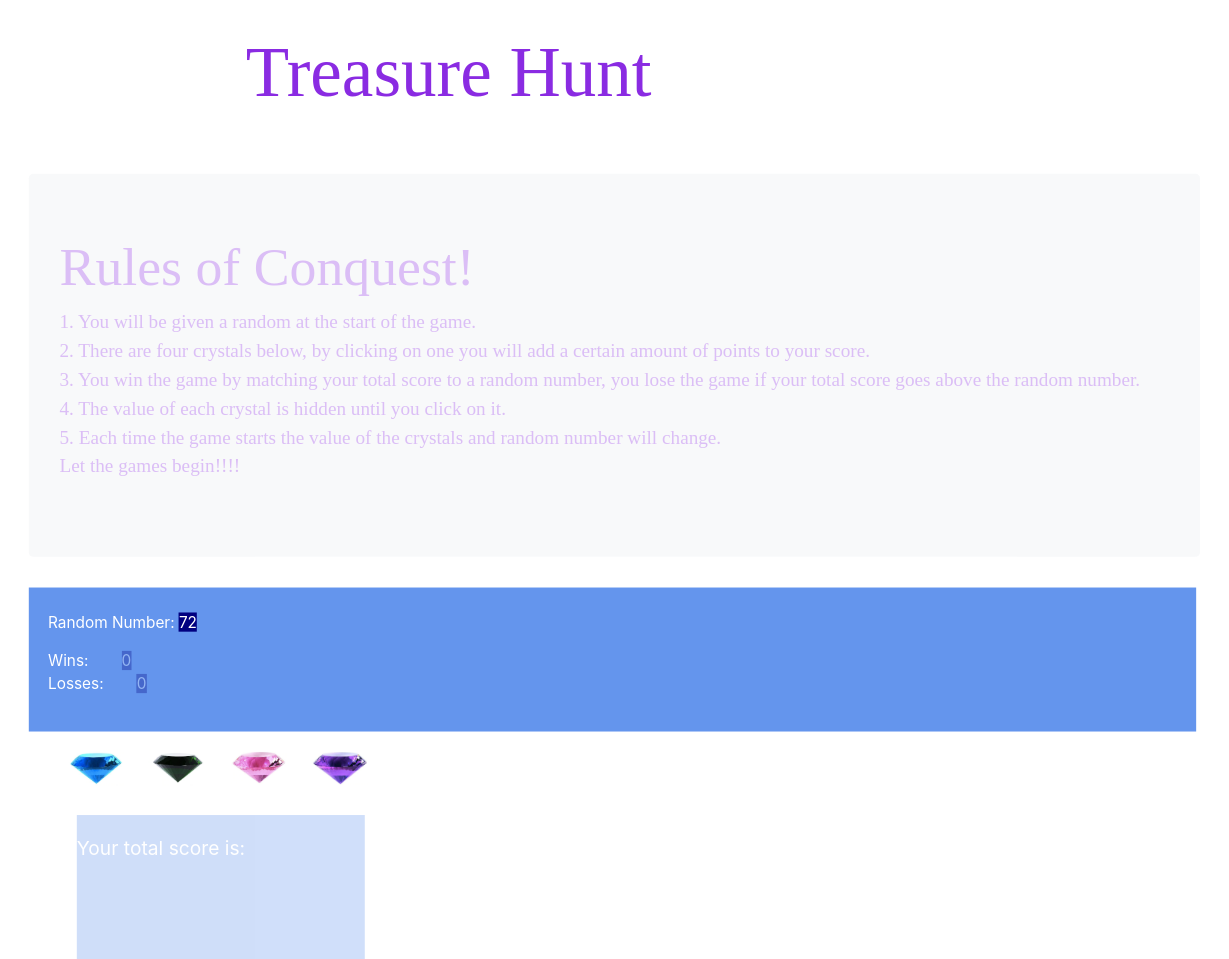
Repository: Jwill1258/unit-4-game
Page: index.html
The author's editor kept a copy of each file at every save. The page is drawn from the files as they stood at one save, then again after the next save.
The browser window is 1280 px wide. The pictures show the whole page, at 96% of full size.
Some web fonts or font styles are not loaded; a fallback is used.

Above is the page before, as saved 2019-11-08 00:14:24.

### index.html
<!DOCTYPE html>
<html lang="en">
<head>
    <meta charset="UTF-8">
    <meta name="viewport" content="width=device-width, initial-scale=1.0">
    <meta http-equiv="X-UA-Compatible" content="ie=edge">
    <title>Crystal Collector</title>
    <link rel="stylesheet" type="text/css" href="assets/css/style.css">
    <link rel="stylesheet" href="https://stackpath.bootstrapcdn.com/bootstrap/4.3.1/css/bootstrap.min.css" integrity="sha384-ggOyR0iXCbMQv3Xipma34MD+dH/1fQ784/j6cY/iJTQUOhcWr7x9JvoRxT2MZw1T" crossorigin="anonymous">
    <link href="https://fonts.googleapis.com/css?family=Stoke&display=swap" rel="stylesheet">
</head>

<body>

    <div id="header">Treasure Hunt</div>

    <div class="jumbotron">

        <h1 class="display-4">Rules of Conquest!</h1>
        <p class="lead">

            1. You will be given a random at the start of the game.

            <br>

            2. There are four crystals below, by clicking on one you will add a certain amount of points to your      score.

            <br>

            3. You win the game by matching your total score to a random number, you lose the game if your total      score goes above the random number.

            <br>

            4. The value of each crystal is hidden until you click on it.

            <br>

            5. Each time the game starts the value of the crystals and random number will change.

            <br>

            Let the games begin!!!!

        </p>


    </div>

    <div id="numbers">
            <div class="numberToMatch">
                <p>Random Number:
                    <span id= "randomNumber"></span>
                </p>
            </div>
            <div class="winsandlosses">
                <p>Wins:
                    <span id= "numberWins"></span>
                    </br>
                    Losses:
                    <span id= "numberLosses"></span>
                </p>
            </div>

    <div class="crystals">

            <img src="assets/images/blue-button.png" class=crystalImage id= "one">
            <img src="assets/images/green-button.png" class=crystalImage id= "two">
            <img src="assets/images/pink button.png" class=crystalImage id= "three">
            <img src="assets/images/purple-button.png" class=crystalImage id= "four">

    </div>


    <div class="countmsg">

        <p>Your total score is:

            <span id="totalCount"></span>

        </p>

    </div>

    <script type="text/javascript" src="https://code.jquery.com/jquery-2.2.0.js"></script>
    <script type="text/javascript" src="assets/javascript/game.js"></script>


</body>
</html>

### assets/css/style.css
/* http://meyerweb.com/eric/tools/css/reset/
   v2.0 | 20110126
   License: none (public domain)
*/

html, body, div, span, applet, object, iframe,
h1, h2, h3, h4, h5, h6, p, blockquote, pre,
a, abbr, acronym, address, big, cite, code,
del, dfn, em, img, ins, kbd, q, s, samp,
small, strike, strong, sub, sup, tt, var,
b, u, i, center,
dl, dt, dd, ol, ul, li,
fieldset, form, label, legend,
table, caption, tbody, tfoot, thead, tr, th, td,
article, aside, canvas, details, embed,
figure, figcaption, footer, header, hgroup,
menu, nav, output, ruby, section, summary,
time, mark, audio, video {
	margin: 0;
	padding: 0;
	border: 0;
	font-size: 100%;
	font: inherit;
	vertical-align: baseline;
}
/* HTML5 display-role reset for older browsers */
article, aside, details, figcaption, figure,
footer, header, hgroup, menu, nav, section {
	display: block;
}
body {
	line-height: 1;
}
ol, ul {
	list-style: none;
}
blockquote, q {
	quotes: none;
}
blockquote:before, blockquote:after,
q:before, q:after {
	content: '';
	content: none;
}
table {
	border-collapse: collapse;
	border-spacing: 0;
}

body {
    background-image: url( '../images/waterfall-background.jpeg' ) no-repeat center center fixed;
	-webkit-background-size: cover;
	-moz-background-size: cover;
	-o-background-size: cover;
	background-size: cover;

}

#header {
	font-family: 'Stoke', serif;
	color: blueviolet;
    font-size: 74px;
	width: 100%;
	padding-left: 20%;
	padding-top: 20px;



}

.jumbotron {
	font-family: 'Stoke', serif;
	color: blueviolet;
	font-size: 40px;
	position: center;
	background-color: cornflowerblue;
	margin-left: 30px;
	margin-right: 30px;
	opacity: 30%;
	padding-top: 50px;
	margin-top: 50px;

}

.jumbotron lead {
	border: 10px;


}

#numbers {
	background-color: cornflowerblue;
	height: 150px;
	width: 95%;
	margin-left: 30px;
	padding-left: 20px;
	color: navy;
}

.numberToMatch {
	height: 50px;
	width: 50px;
	margin-left: 30px;
	margin-top: 50px;
	display: inline;
	color: white;
}


.winsandlosses {
	color: white;
	display: inline;
	background-color: navy;

}

#randomNumber {
	background-color: navy;


}



#numberWins {
	background-color:navy;
	width: 200px;
	height: 40px;
	margin-left: 30px;
	margin-top: 50px;
	opacity: 30%;
	color: white;


}

#numberLosses {
	background-color:navy;
	width: 200px;
	height: 40px;
	margin-left: 30px;
	margin-top: 50px;
	opacity: 30%;
	color: white;


}


.crystalImage  {
	width: 80px;
	padding-top: 40px;
	padding-bottom: 30px;
}

#one {
	padding-left: 20px;

}

#two {
	padding-left: 20px;


}

#three {
	padding-left: 20px;



}

#four {
	padding-left: 20px;



}


.countmsg {
	background-color: cornflowerblue;
	height: 150px;
	width: 300px;
	margin-left: 30px;
	opacity: 30%;
	color: white;
	font-size: 20px;
	padding-top: 20px;


}

### assets/javascript/game.js
$( document ).ready(function(){
    var Random=Math.floor(Math.random()*101+19)
    // Selects a random number to be shown at the start of the game
    // Number between 19 - 120
    //
    $('#randomNumber').text(Random);
    // Appending random number to the randomNumber id in the html doc
    //
    var num1= Math.floor(Math.random()*11+1)
    var num2= Math.floor(Math.random()*11+1)
    var num3= Math.floor(Math.random()*11+1)
    var num4= Math.floor(Math.random()*11+1)
    // create random numbers for each jewel (1-12)

    //
    var userTotal= 0;
    var wins= 0;
    var losses = 0;
    //  establish variables

$('#numberWins').text(wins);
$('#numberLosses').text(losses);
//resets the game
function reset(){
        Random=Math.floor(Math.random()*101+19);
        console.log(Random)
        $('#randomNumber').text(Random);
        num1= Math.floor(Math.random()*11+1);
        num2= Math.floor(Math.random()*11+1);
        num3= Math.floor(Math.random()*11+1);
        num4= Math.floor(Math.random()*11+1);
        userTotal= 0;
        $('#totalCount').text(userTotal);
}
//adds the wins to the userTotal
function yay(){
alert("Winner");
    wins++;
    $('#numberWins').text(wins);
    reset();
}
//addes the losses to the userTotal
function loser(){
alert ("Try Again!");
    losses++;
    $('#numberLosses').text(losses);
    reset()
}
//sets up click for jewels
$('#one').on ('click', function(){
    userTotal = userTotal + num1;
    console.log("New userTotal= " + userTotal);
    $('#totalCount').text(userTotal);
        //sets win/lose if stats
        if (userTotal == Random){
        yay();
        }
        else if ( userTotal > Random){
        loser();
        }
})
$('#two').on ('click', function(){
    userTotal = userTotal + num2;
    console.log("New userTotal= " + userTotal);
    $('#totalCount').text(userTotal);
        if (userTotal == Random){
        yay();
        }
        else if ( userTotal > Random){
        loser();
        }
})
$('#three').on ('click', function(){
    userTotal = userTotal + num3;
    console.log("New userTotal= " + userTotal);
    $('#totalCount').text(userTotal);
        if (userTotal == Random){
        yay();
        }
        else if ( userTotal > Random){
        loser();
        }
})
$('#four').on ('click', function(){
    userTotal = userTotal + num4;
    console.log("New totalCount= " + userTotal);
    $('#totalCount').text(userTotal);
        if (userTotal == Random){
        yay();
        }
        else if ( userTotal > Random){
        loser();
        }
});
});

After the next save:
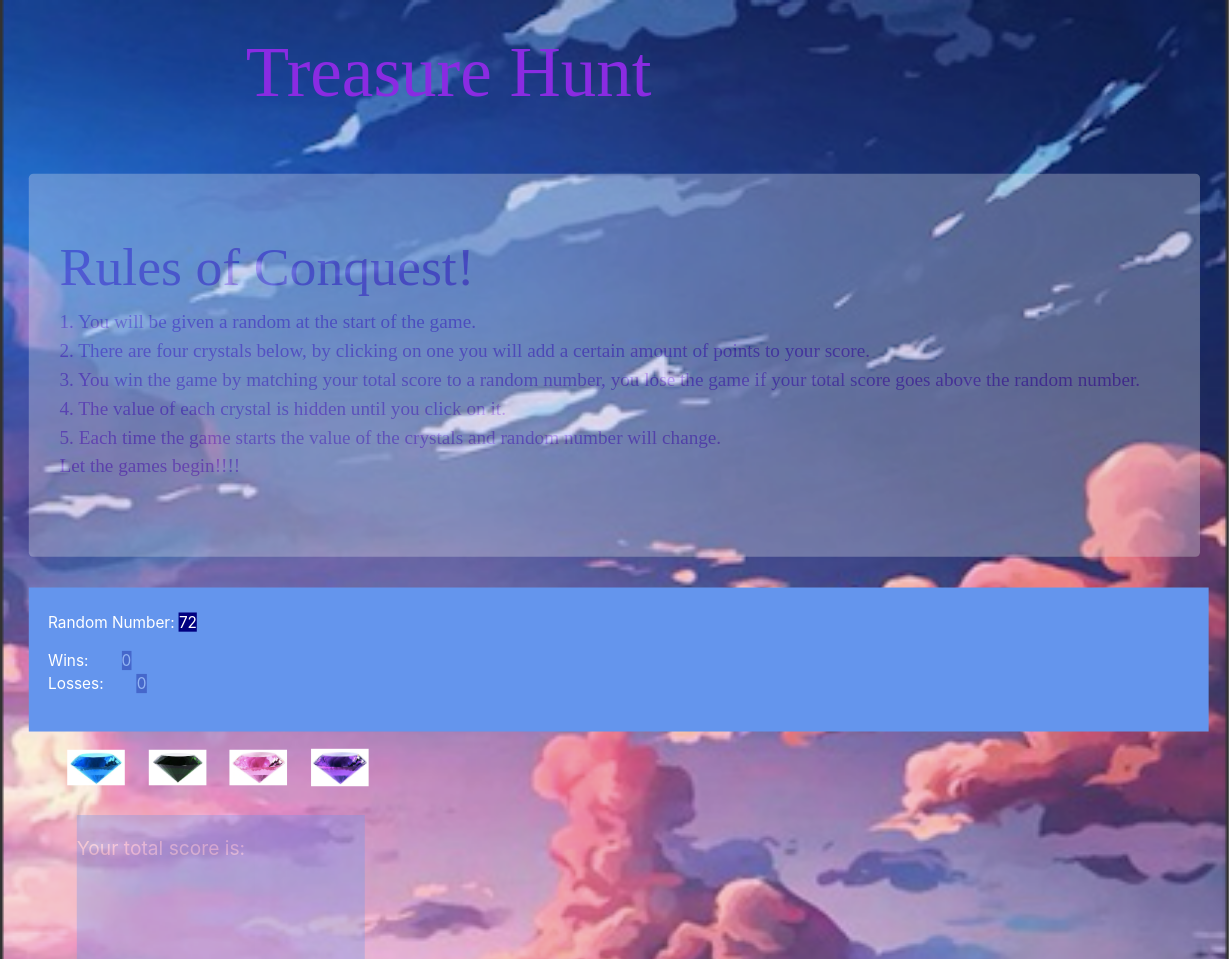
Saved 44 s later.
--- a/assets/css/style.css
+++ b/assets/css/style.css
@@ -48,11 +48,10 @@ table {
 }
 
 body {
-    background-image: url( '../images/waterfall-background.jpeg' ) no-repeat center center fixed;
-	-webkit-background-size: cover;
-	-moz-background-size: cover;
-	-o-background-size: cover;
-	background-size: cover;
+    background-image: url( '../images/waterfall-background.jpeg' );
+	background-image: height 4000px;
+	background-size: 100%;
+	background-repeat: no-repeat;
 
 }
 
@@ -91,7 +90,7 @@ body {
 #numbers {
 	background-color: cornflowerblue;
 	height: 150px;
-	width: 95%;
+	width: 96%;
 	margin-left: 30px;
 	padding-left: 20px;
 	color: navy;
